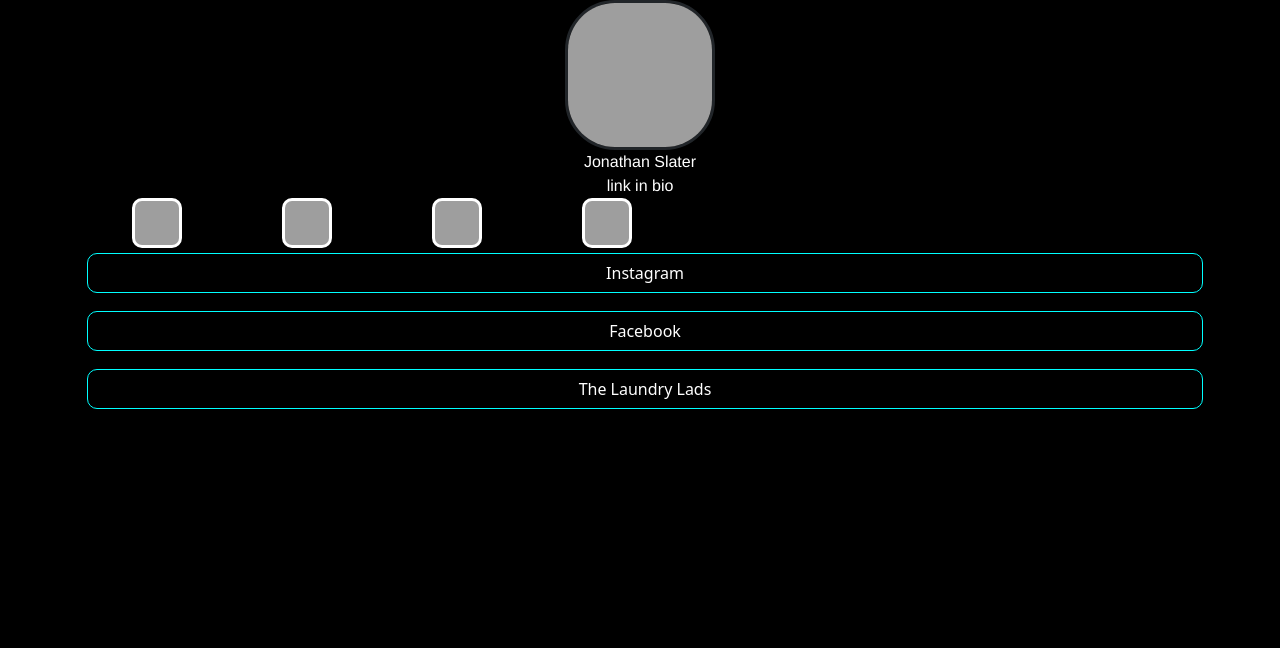
Repository: jontslater/LAB-link-in-bio
Page: index.html
These files come from the project's save history. The page is drawn as it stood at one moment and after the next save; the edit follows.
The browser window is 1280 px wide. The pictures show the whole page.
Pictures or frames that could not be fetched are drawn as grey boxes.

Above is the page before, as saved 2023-10-15 15:24:25.

After the next save:
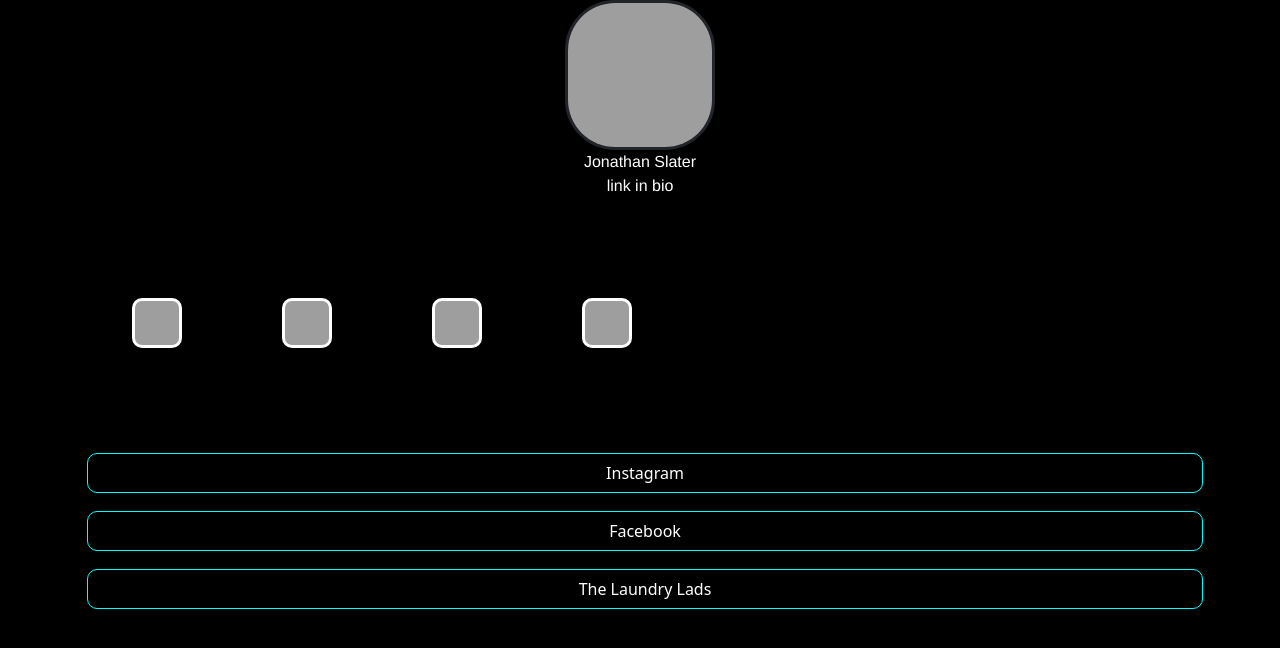
Saved 15 s later.
--- a/main.css
+++ b/main.css
@@ -50,4 +50,5 @@
 .side {
   margin-left: 50px;
   margin-right: 50px;
+  margin-block: 100px;
 }
